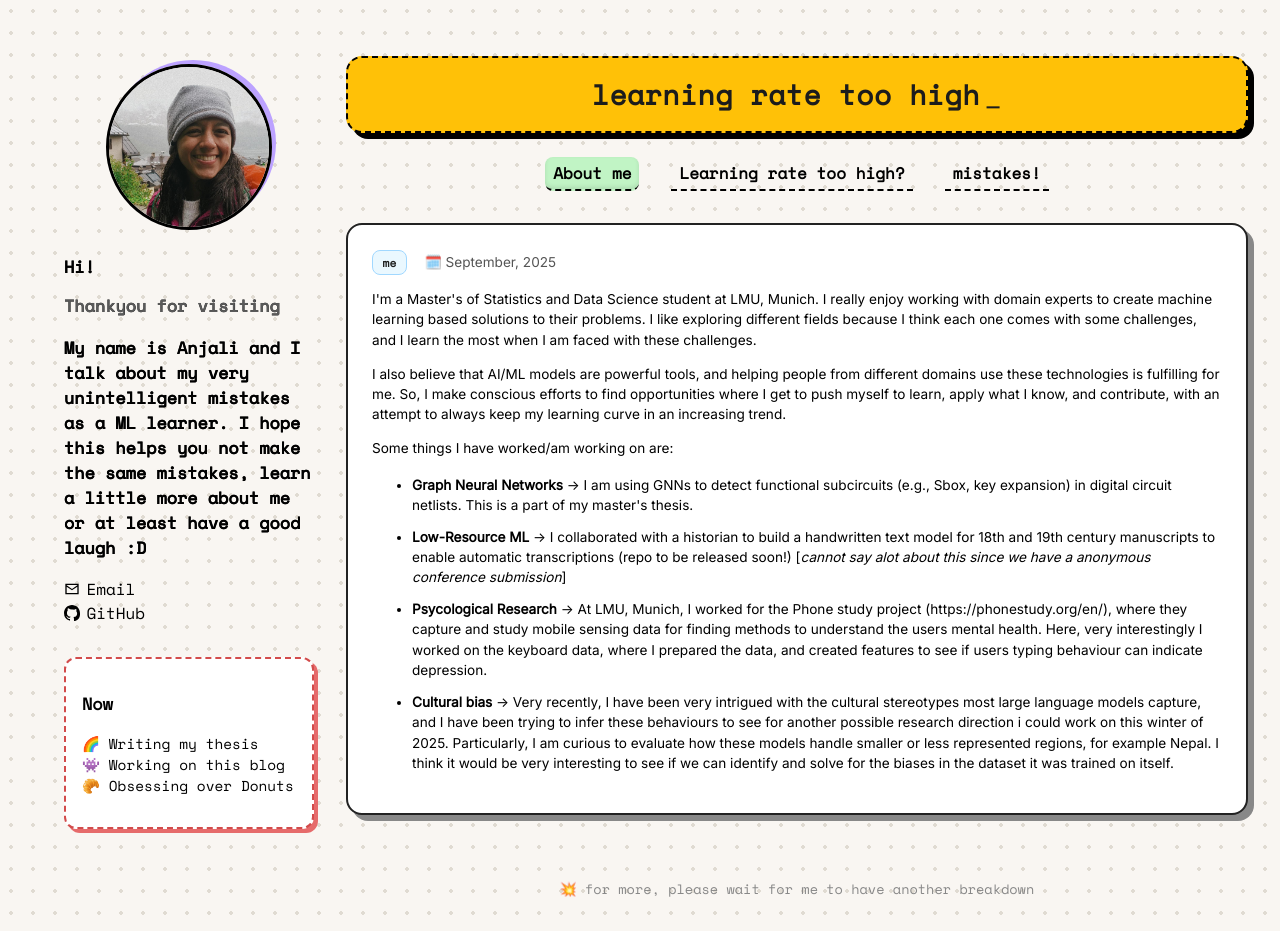
Repository: anjalisarawgi/learning_rate_too_high
Page: index.html
These files come from the project's save history. The page is drawn as it stood at one moment and after the next save; the edit follows.
The browser window is 1280 px wide. The pictures show the whole page.

Above is the page before, as saved 2025-11-03 10:42:56.

After the next save:
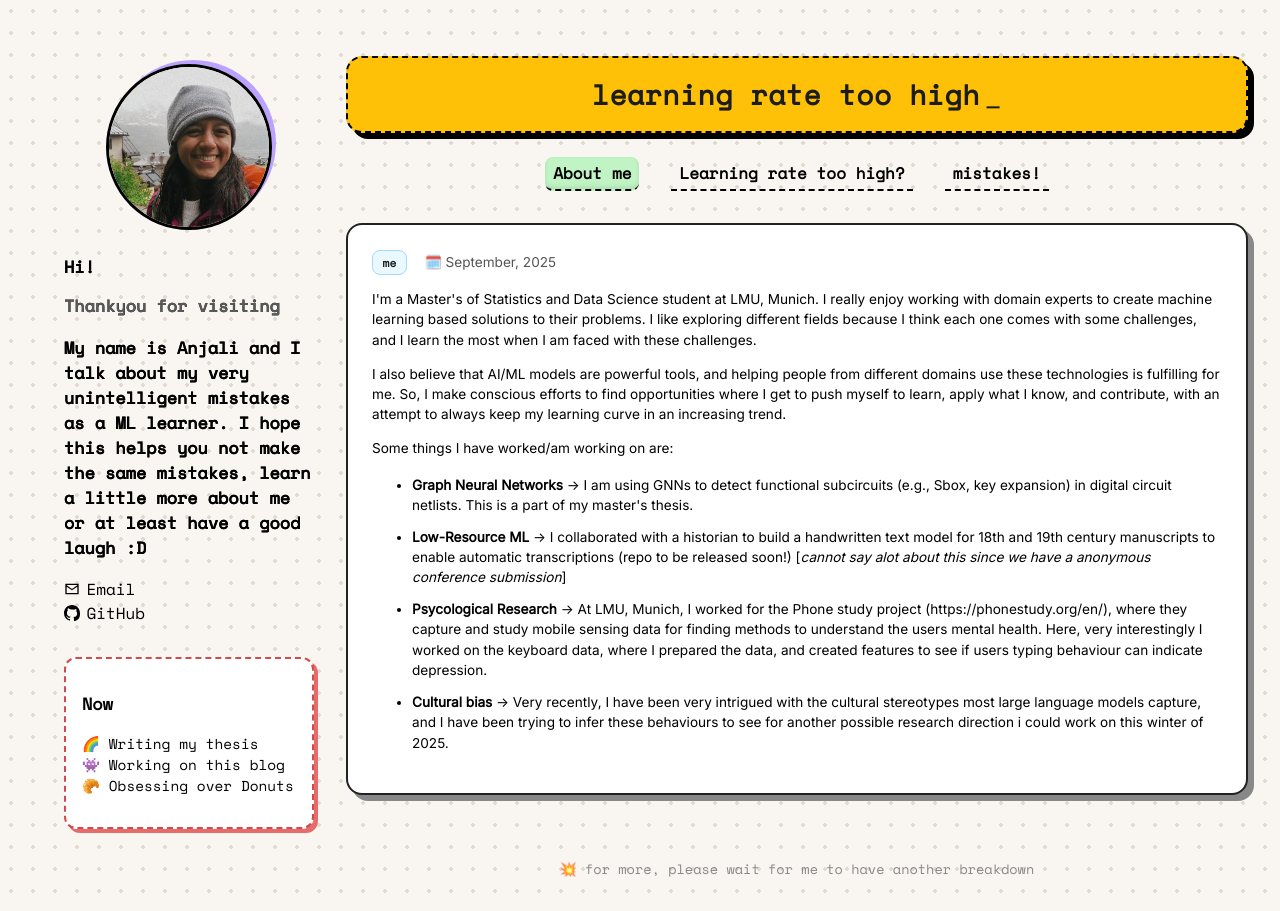
Saved 3 h 1 min later.
--- a/index.html
+++ b/index.html
@@ -317,7 +317,8 @@ ul li {
           <li><strong>Graph Neural Networks</strong> -> I am using GNNs to detect functional subcircuits (e.g., Sbox, key expansion) in digital circuit netlists. This is a part of my master's thesis.
           <li><strong>Low-Resource ML</strong> -> I collaborated with a historian to build a handwritten text model for 18th and 19th century manuscripts to enable automatic transcriptions (repo to be released soon!) [<i>cannot say alot about this since we have a anonymous conference submission</i>]
           <li><strong>Psycological Research</strong> -> At LMU, Munich, I worked for the Phone study project (https://phonestudy.org/en/), where they capture and study mobile sensing data for finding methods to understand the users mental health. Here, very interestingly I worked on the keyboard data, where I prepared the data, and created features to see if users typing behaviour can indicate depression.
-          <li><strong>Cultural bias</strong> -> Very recently, I have been very intrigued with the cultural stereotypes most large language models capture, and I have been trying to infer these behaviours to see for another possible research direction i could work on this winter of 2025. Particularly, I am curious to evaluate how these models handle smaller or less represented regions, for example Nepal. I think it would be very interesting to see if we can identify and solve for the biases in the dataset it was trained on itself.
+          <li><strong>Cultural bias</strong> -> Very recently, I have been very intrigued with the cultural stereotypes most large language models capture, and I have been trying to infer these behaviours to see for another possible research direction i could work on this winter of 2025.
+             <!-- Particularly, I am curious to evaluate how these models handle smaller or less represented regions, for example Nepal. I think it would be very interesting to see if we can identify and solve for the biases in the dataset it was trained on itself. -->
         </ul>
 
       </div>
